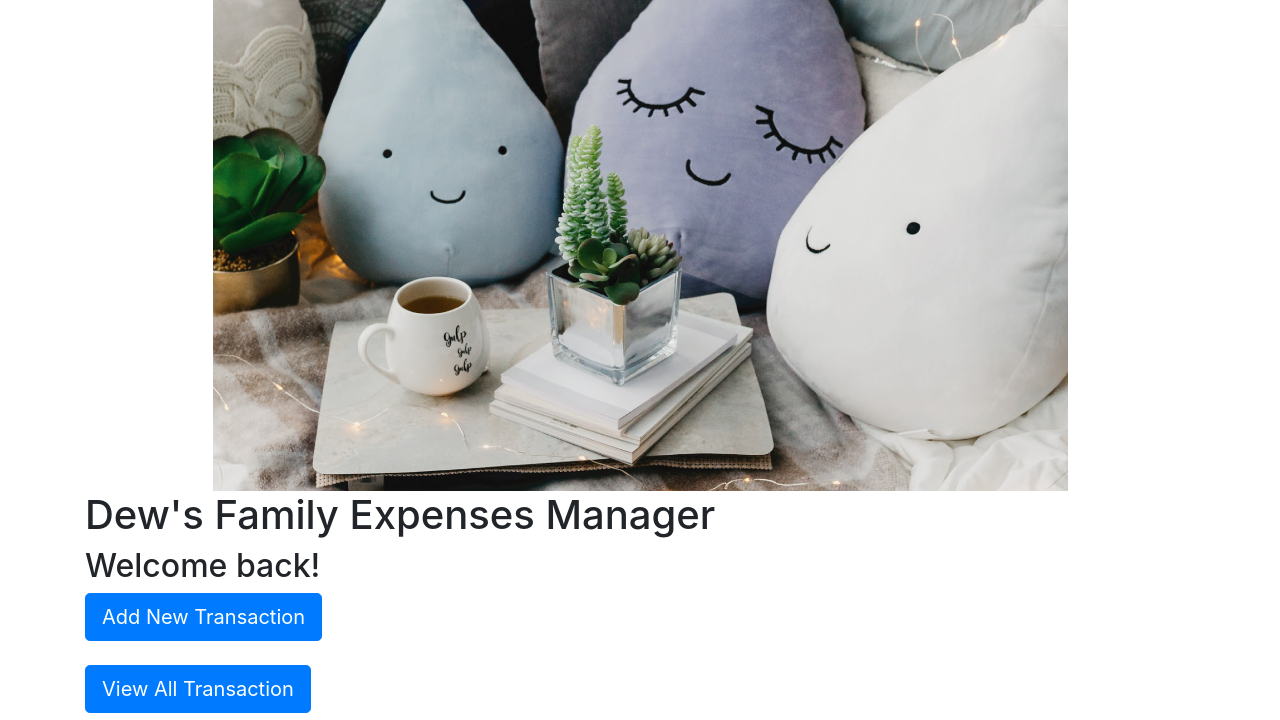
Repository: yucheng91/CI3-expenses-manager
Page: http://localhost/home
The author's editor kept a record of every edit. The page is drawn from the files as they stood at one moment, then again after the next edit.
The browser window is 1280 px wide. The pictures show the whole page.
The page is served by the project's application, run on Flask 3 (app.py).

Above is the page before.

After the next edit:
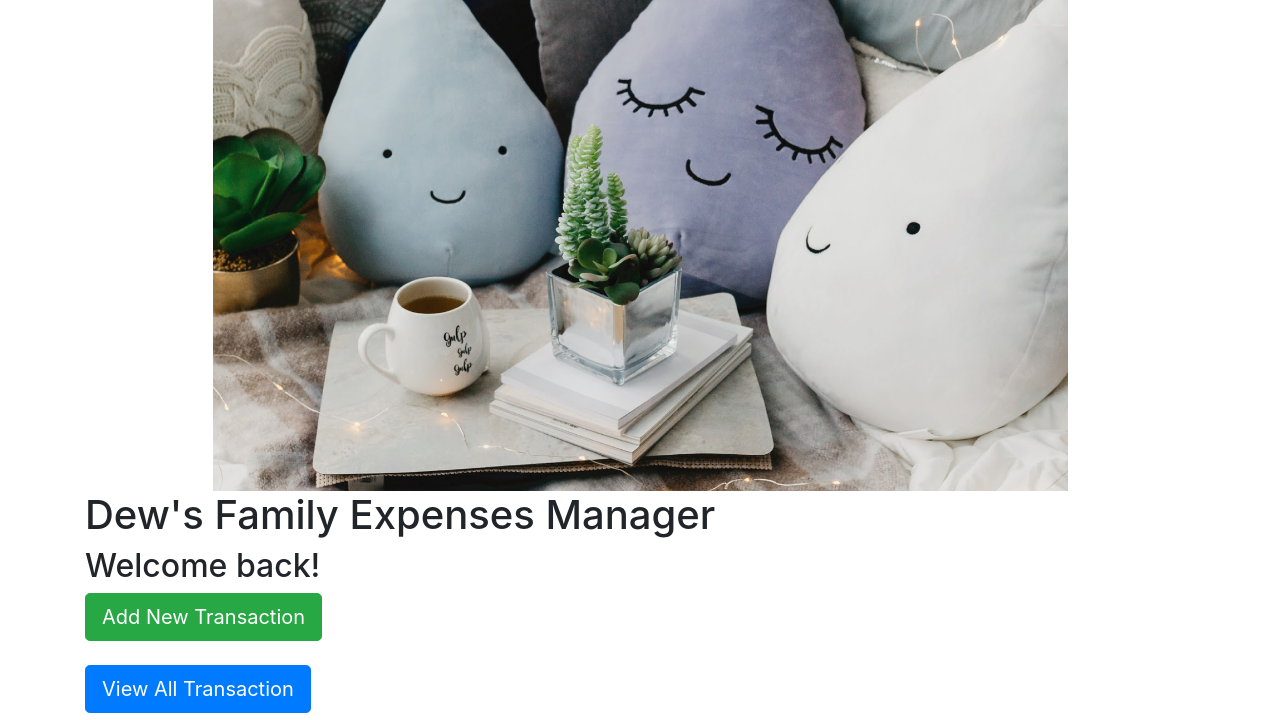
The edit:
--- a/templates/index.html
+++ b/templates/index.html
@@ -22,7 +22,7 @@
         <h2>Welcome back!</h2>
         <div class='row'>
             <div class='col'>
-                <button type="button" class="btn btn-primary btn-lg">Add New Transaction</button>
+                <button type="button" class="btn btn-success btn-lg">Add New Transaction</button>
             </div>
         </div>
         <br>
